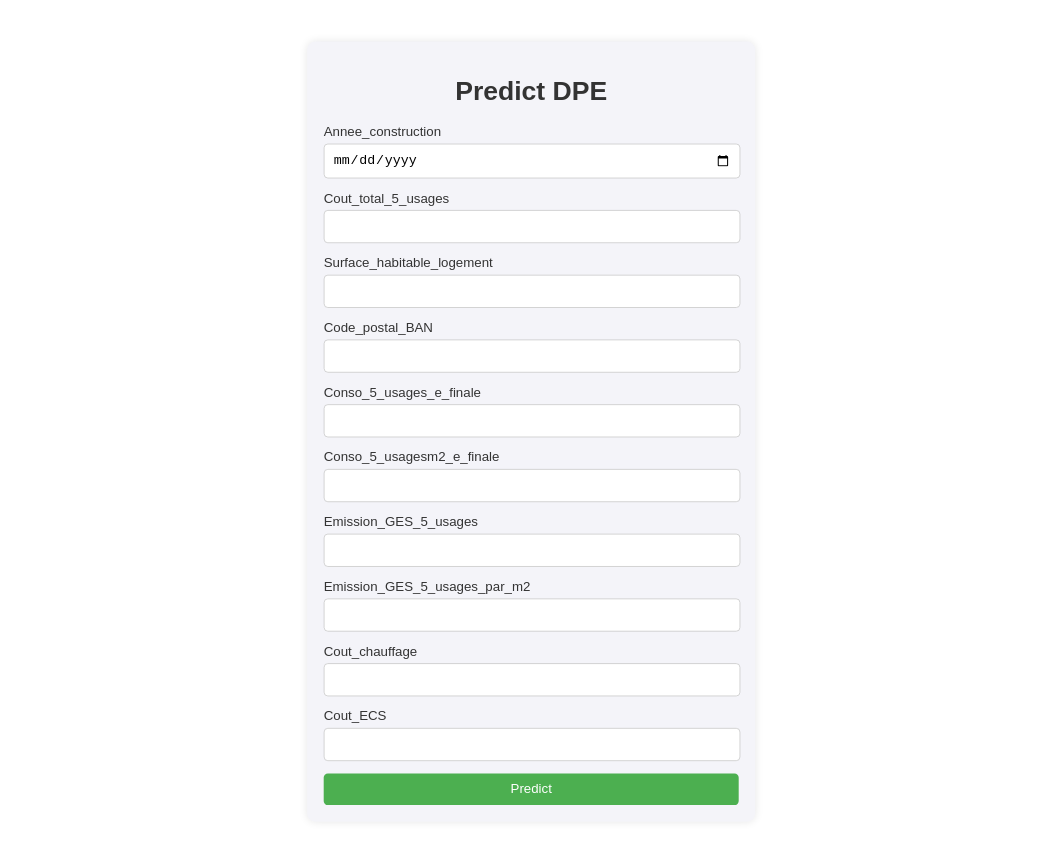
Repository: abdouAppcraft/Predict-DPE
Page: /
The author's editor kept a copy of each file at every save. The page is drawn from the files as they stood at one save, then again after the next save.
The browser window is 1280 px wide. The pictures show the whole page, at 83% of full size.
The page's requests for data from a server got no answer. The project was rebuilt for these pictures with package versions that can differ from the ones it lists, and the page was loaded fresh each time. No one was signed in, and anything a server would have sent is missing. Also part of the build but not shown: src/screens/Result/Result.tsx.

Above is the page before, as saved 2024-06-11 16:03:18.

### src/App.tsx
import React from "react";
import PredictForm from "./screens/PredictForm/PredictForm";
import { createBrowserRouter, RouterProvider } from "react-router-dom";
import Result from "./screens/Result/Result";

const router = createBrowserRouter([
  {
    path: "/",
    Component: PredictForm,
  },
  {
    path: "/result",
    Component: Result,
  },
]);

const App: React.FC = () => {
  return (
    <>
      <RouterProvider router={router} />
    </>
  );
};

export default App;

### src/screens/PredictForm/PredictForm.tsx
import React, { useState } from "react";
import axios from "axios";
import "./PredictForm.css";
import { useNavigate } from "react-router-dom";
import { useDpeOptions } from "../../hooks/useDpeOptions";

type Field = {
  name: string;
  type: string;
};

const field: Field[] = [
  { name: "Annee_construction", type: "date" },
  { name: "Cout_total_5_usages", type: "number" },
  { name: "Surface_habitable_logement", type: "number" },
  { name: "Qualite_isolation_enveloppe", type: "select" },
  { name: "Type_energie_principale_chauffage", type: "select" },
  { name: "Type_installation_chauffage", type: "select" },
  { name: "Code_postal_BAN", type: "address" },
  { name: "Conso_5_usages_e_finale", type: "number" },
  { name: "Conso_5_usagesm2_e_finale", type: "number" },
  { name: "Emission_GES_5_usages", type: "number" },
  { name: "Emission_GES_5_usages_par_m2", type: "number" },
  { name: "Cout_chauffage", type: "number" },
  { name: "Cout_ECS", type: "number" },
  { name: "Qualite_isolation_menuiseries", type: "select" },
];

const PredictForm: React.FC = () => {
  const [formData, setFormData] = useState<Record<string, any>>({});

  const [prediction, setPrediction] = useState<string | null>(null);
  const navigate = useNavigate();
  const options = useDpeOptions();

  console.log({ options });

  const handleChange = (
    e: React.ChangeEvent<HTMLInputElement | HTMLSelectElement>
  ) => {
    const { name, value, type } = e.target;
    if (type === "checkbox") {
      setFormData({
        ...formData,
        [name]: (e.target as HTMLInputElement).checked,
      });
    } else {
      setFormData({
        ...formData,
        [name]: value,
      });
    }
  };

  const handleSubmit = async (e: React.FormEvent) => {
    e.preventDefault();
    console.log("Form Data Submitted:", formData); // Ajoutez ce journal pour voir les données soumises
    try {
      // const response = await axios.post(
      //   "http://localhost:8000/predict/",
      //   formData
      // );
      // console.log("Prediction Response:", response.data); // Ajoutez ce journal pour voir la réponse
      // setPrediction(response.data.predicted_DPE);
      navigate("/result");
    } catch (error) {
      console.error("There was an error making the request:", error);
    }
  };

  const renderRow = (f: Field) => {
    switch (f.type) {
      case "select":
        <div className="form-group">
          <label>Type de chauffage:</label>
          <select
            name="Type_chauffage"
            value={formData.Type_chauffage}
            onChange={handleChange}
            required
          >
            <option value="">--Choisir--</option>
            <option value="électrique">Électrique</option>
            <option value="gaz">Gaz</option>
            <option value="fioul">Fioul</option>
            <option value="bois">Bois</option>
            <option value="autre">Autre</option>
          </select>
        </div>;
        break;

      default:
        return (
          <>
            <div className="form-group">
              <label>{f.name}</label>
              <input
                type={f.type}
                name={f.name}
                value={formData[f.name]}
                onChange={handleChange}
                required
              />
            </div>
          </>
        );
    }
  };

  return (
    <div className="predict-form">
      <h1>Predict DPE</h1>
      <form onSubmit={handleSubmit}>
        {/* <div className="form-group">
          <label>Surface habitable (m²):</label>
          <input
            type="number"
            name="Surface_habitable"
            value={formData.Surface_habitable}
            onChange={handleChange}
            required
          />
        </div>
        <div className="form-group">
          <label>Année de construction:</label>
          <input
            type="number"
            name="Annee_construction"
            value={formData.Annee_construction}
            onChange={handleChange}
            required
          />
        </div>
        <div className="form-group">
          <label>Type de chauffage:</label>
          <select
            name="Type_chauffage"
            value={formData.Type_chauffage}
            onChange={handleChange}
            required
          >
            <option value="">--Choisir--</option>
            <option value="électrique">Électrique</option>
            <option value="gaz">Gaz</option>
            <option value="fioul">Fioul</option>
            <option value="bois">Bois</option>
            <option value="autre">Autre</option>
          </select>
        </div>
        <div className="form-group">
          <label>Panneaux solaires:</label>
          <input
            type="checkbox"
            name="Panneaux_solaires"
            checked={formData.Panneaux_solaires}
            onChange={handleChange}
          />
        </div>
        <div className="form-group">
          <label>Nombre de pièces:</label>
          <input
            type="number"
            name="Nombre_pieces"
            value={formData.Nombre_pieces}
            onChange={handleChange}
            required
          />
        </div> */}
        {field.map((f) => renderRow(f))}
        <button type="submit" className="submit-btn">
          Predict
        </button>
      </form>
      {prediction && <h2>Predicted DPE: {prediction}</h2>}
    </div>
  );
};

export default PredictForm;

### src/screens/PredictForm/PredictForm.css
.predict-form {
    max-width: 500px;
    margin: 50px auto;
    padding: 20px;
    background-color: #f4f4f9;
    border-radius: 10px;
    box-shadow: 0 0 10px rgba(0, 0, 0, 0.1);
    font-family: Arial, sans-serif;
}

.predict-form h1 {
    text-align: center;
    color: #333;
}

.form-group {
    margin-bottom: 15px;
}

.form-group label {
    display: block;
    margin-bottom: 5px;
    color: #333;
}

.form-group input,
.form-group select {
    width: calc(100% - 20px);
    padding: 10px;
    border: 1px solid #ccc;
    border-radius: 5px;
    font-size: 16px;
}

.form-group input[type="checkbox"] {
    width: auto;
}

.submit-btn {
    width: 100%;
    padding: 10px;
    background-color: #4CAF50;
    color: white;
    border: none;
    border-radius: 5px;
    font-size: 16px;
    cursor: pointer;
    transition: background-color 0.3s ease;
}

.submit-btn:hover {
    background-color: #45a049;
}

h2 {
    text-align: center;
    color: #333;
    margin-top: 20px;
}

### src/hooks/useDpeOptions.tsx
import axios from "axios";
import { useEffect, useState } from "react";

export const useDpeOptions = () => {
  const [options, setOptions] = useState();

  useEffect(() => {
    axios.get("http://127.0.0.1:8000/dpe/options").then((res) => {
      setOptions(res.data);
    });
  }, []);

  return options;
};

Loaded but not shown: public/index.html (common file); src/index.tsx (common file); src/index.css (common file); src/reportWebVitals.ts (common file)

After the next save:
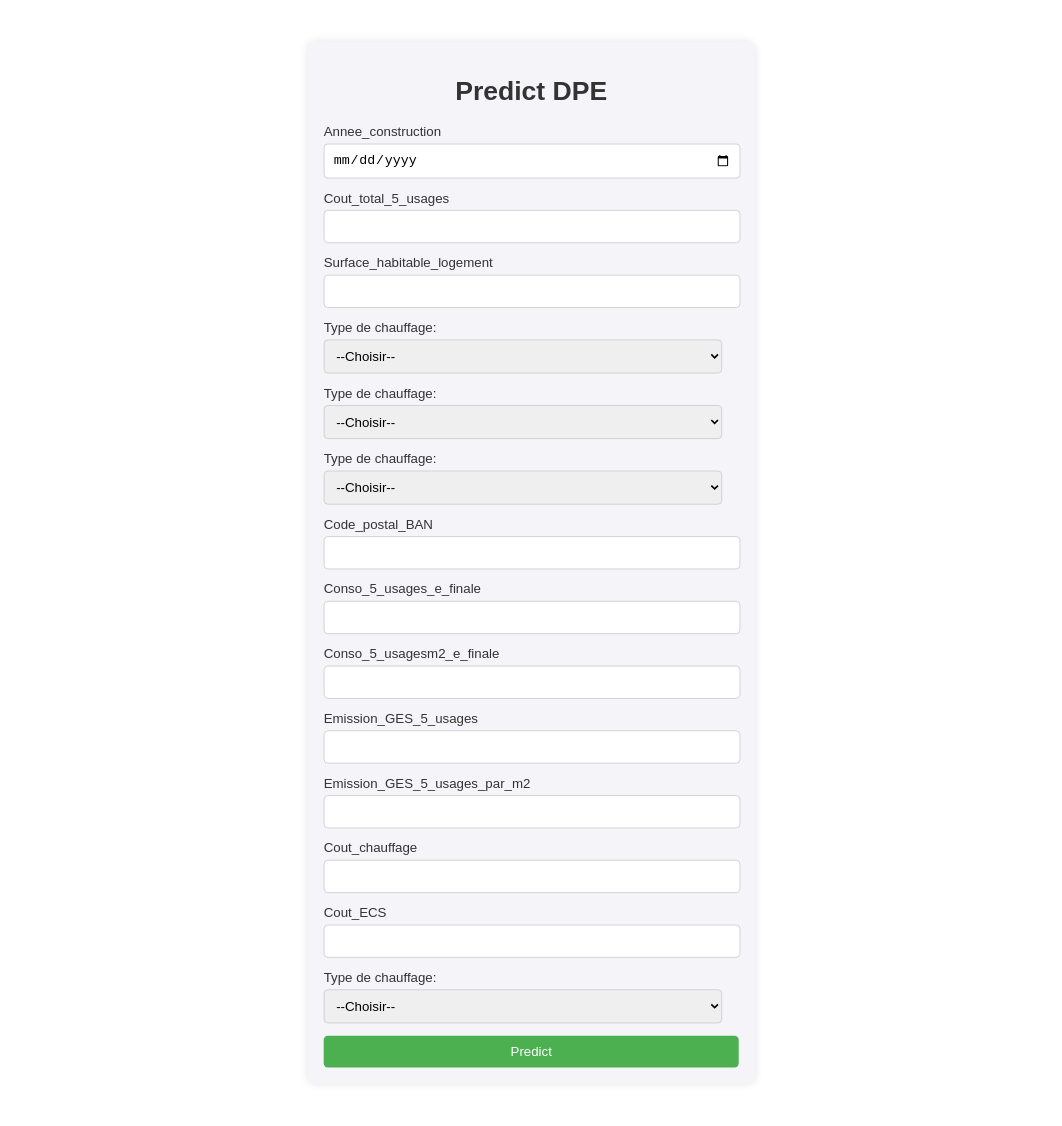
Saved 28 s later.
--- a/src/screens/PredictForm/PredictForm.tsx
+++ b/src/screens/PredictForm/PredictForm.tsx
@@ -71,22 +71,24 @@ const PredictForm: React.FC = () => {
   const renderRow = (f: Field) => {
     switch (f.type) {
       case "select":
-        <div className="form-group">
-          <label>Type de chauffage:</label>
-          <select
-            name="Type_chauffage"
-            value={formData.Type_chauffage}
-            onChange={handleChange}
-            required
-          >
-            <option value="">--Choisir--</option>
-            <option value="électrique">Électrique</option>
-            <option value="gaz">Gaz</option>
-            <option value="fioul">Fioul</option>
-            <option value="bois">Bois</option>
-            <option value="autre">Autre</option>
-          </select>
-        </div>;
+        return (
+          <div className="form-group">
+            <label>Type de chauffage:</label>
+            <select
+              name="Type_chauffage"
+              value={formData.Type_chauffage}
+              onChange={handleChange}
+              required
+            >
+              <option value="">--Choisir--</option>
+              <option value="électrique">Électrique</option>
+              <option value="gaz">Gaz</option>
+              <option value="fioul">Fioul</option>
+              <option value="bois">Bois</option>
+              <option value="autre">Autre</option>
+            </select>
+          </div>
+        );
         break;
 
       default:
